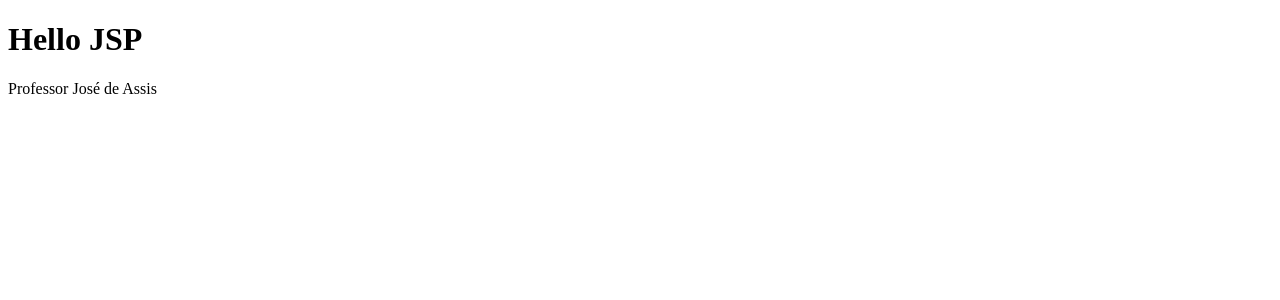
Repository: andreusmotta/java_ee_j2ee
Page: http://localhost/aula04a-Hello_JSP/hello.jsp
The author's editor kept a copy of each file at every save. The page is drawn from the files as they stood at one save, then again after the next save.
The browser window is 1280 px wide. The pictures show the whole page.
The page is served by Tomcat 9.

Above is the page before, as saved 2024-01-09 13:11:07.

After the next save:
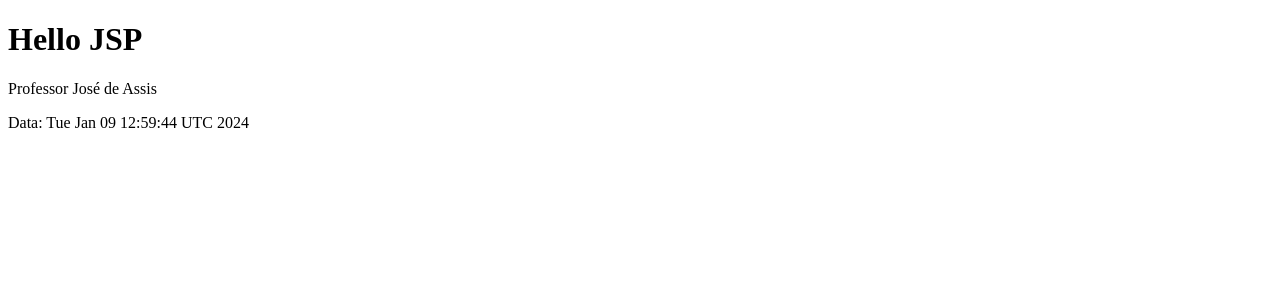
Saved 4 min 44 s later.
--- a/aula04a-Hello JSP/src/main/webapp/hello.jsp
+++ b/aula04a-Hello JSP/src/main/webapp/hello.jsp
@@ -1,5 +1,6 @@
 <%@ page language="java" contentType="text/html; charset=UTF-8"
     pageEncoding="UTF-8"%>
+<%@ page import="java.util.Date" %>
 <!DOCTYPE html>
 <html lang="pt-br">
 <head>
@@ -9,5 +10,8 @@
 <body>
 	<h1>Hello JSP</h1>
 	<%out.println("Professor José de Assis");%>
+	<%-- Uso do elemento expressão --%>
+	<%--Precisa "importar" o DATE lá em cima --%>
+	<p> Data: <%=new Date()%>
 </body>
 </html>
